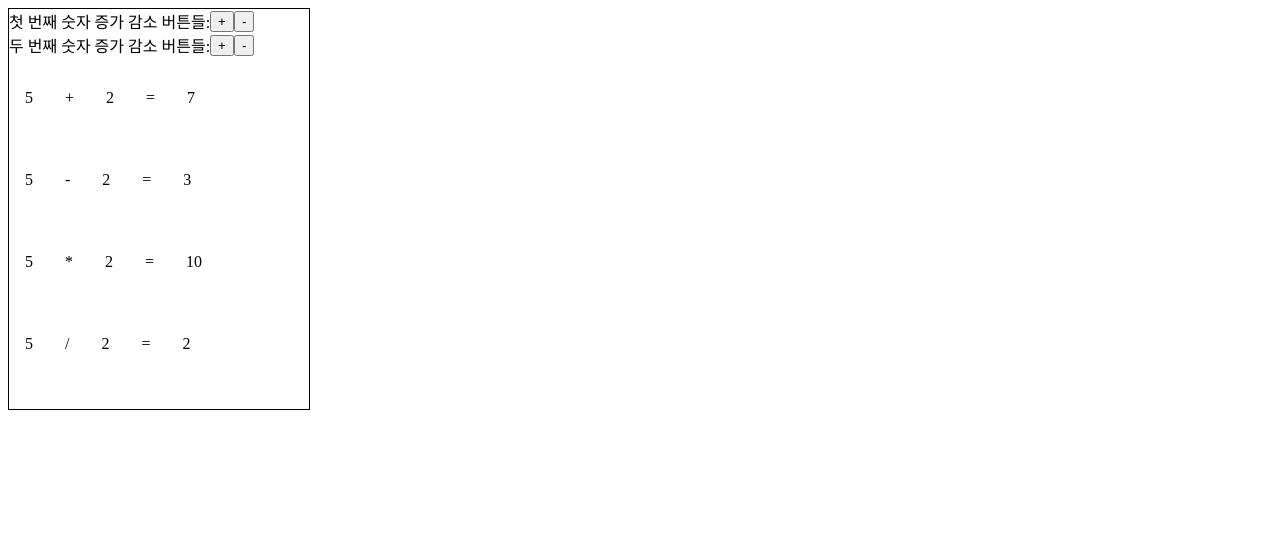
Repository: SeungYn/design-pattern
Page: mvc/index.html
An editor plug-in stored every save of this project. The page is shown before and after the next save, followed by the edit.
The browser window is 1280 px wide. The pictures show the whole page.

Above is the page before, as saved 2023-05-11 01:41:12.

### mvc/index.html
<!DOCTYPE html>
<html lang="en">
  <head>
    <meta charset="UTF-8" />
    <meta http-equiv="X-UA-Compatible" content="IE=edge" />
    <meta name="viewport" content="width=device-width, initial-scale=1.0" />
    <title>CalcMVC</title>
    <script type="module" src="./dist/app.js"></script>
    <link rel="stylesheet" href="./style.css"></link>
  </head>
  <body>
    <div id="root" class="calc-board"></div>
  </body>
</html>

### mvc/dist/app.js
import { CALC as calc } from './mvc/calc_view.js';
new calc.mvc.CalcView(document.querySelector('#root'));

### mvc/style.css
.calc-board {
  width: 300px;
  height: 400px;
  border: 1px solid black;
}

.calc-board__expression {
  display: flex;
}

.calc-board__expression p {
  padding: 1rem;
}

.calc-board__button-group {
  display: flex;
  align-items: center;
}

### mvc/dist/mvc/calc_view.js
import Expression from './components/Expression.js';
import Button from './components/Button.js';
export var CALC;
(function (CALC) {
    var mvc;
    (function (mvc) {
        let PADDING = 30;
        let COLUMN_WIDTH = 60;
        let ROW_HEIGHT = 24;
        let BUTTON_SIZE = 24;
        class CalcView {
            constructor(root) {
                this.root = root;
                //버튼 컴포넌트 생성
                const firstIncreaseButton = new Button('+', () => {
                    console.log('firstIncreaseButton');
                });
                const firstDecreaseButton = new Button('-', () => {
                    console.log('firstDecreaseButton');
                });
                const secondIncreaseButton = new Button('+', () => {
                    console.log('secondIncreaseButton');
                });
                const secondDecreaseButton = new Button('-', () => {
                    console.log('secondDecreaseButton');
                });
                //버튼 그룹 컴포넌트에 장착해주기
                this.firstButtonGroup = this.makeButtonGroup(firstIncreaseButton.element, firstDecreaseButton.element, '첫 번째 숫자 증가 감소 버튼들: ');
                this.secondButtonGroup = this.makeButtonGroup(secondIncreaseButton.element, secondDecreaseButton.element, '두 번째 숫자 증가 감소 버튼들: ');
                //+, -, /, * 연산자별 식 생성
                this.plusExpression = new Expression({
                    oper: '+',
                    firstNumber: 5,
                    secondNumber: 2,
                    result: 7,
                });
                this.minusExpression = new Expression({
                    oper: '-',
                    firstNumber: 5,
                    secondNumber: 2,
                    result: 3,
                });
                this.multiExpression = new Expression({
                    oper: '*',
                    firstNumber: 5,
                    secondNumber: 2,
                    result: 10,
                });
                this.diviExpression = new Expression({
                    oper: '/',
                    firstNumber: 5,
                    secondNumber: 2,
                    result: 2,
                });
                //렌더링 해주기
                this.render();
            }
            makeButtonGroup(plusBtn, minusBtn, text) {
                const div = document.createElement('div');
                const content = document.createTextNode(text);
                div.append(content);
                div.append(plusBtn);
                div.append(minusBtn);
                div.setAttribute('class', 'calc-board__button-group');
                return div;
            }
            render() {
                this.root.append(this.firstButtonGroup);
                this.root.append(this.secondButtonGroup);
                this.root.append(this.plusExpression.element);
                this.root.append(this.minusExpression.element);
                this.root.append(this.multiExpression.element);
                this.root.append(this.diviExpression.element);
            }
        }
        mvc.CalcView = CalcView;
    })(mvc = CALC.mvc || (CALC.mvc = {}));
})(CALC || (CALC = {}));

### mvc/dist/mvc/components/Expression.js
export default class Expression {
    constructor({ oper, firstNumber, secondNumber, result }) {
        const div = document.createElement('div');
        div.setAttribute('class', 'calc-board__expression');
        div.innerHTML = `
			<p>${firstNumber}</p>
			<p>${oper}</p>
			<p>${secondNumber}</p>
			<p>=</p>
			<p>${result}</p>
		`;
        this.element = div;
    }
}

### mvc/dist/mvc/components/Button.js
export default class Button {
    constructor(text, listener) {
        const button = document.createElement('button');
        button.innerText = text;
        button.setAttribute('button', 'class');
        button.addEventListener('click', () => listener());
        this.element = button;
    }
}

After the next save:
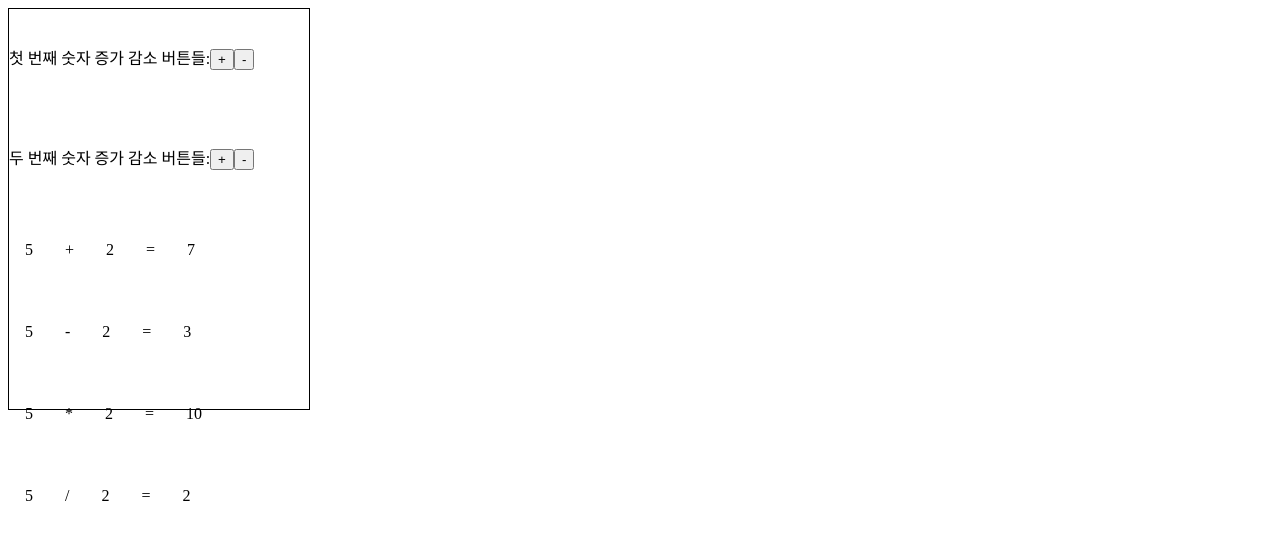
Saved 12 s later.
--- a/mvc/style.css
+++ b/mvc/style.css
@@ -15,4 +15,5 @@
 .calc-board__button-group {
   display: flex;
   align-items: center;
+  line-height: 100px;
 }
